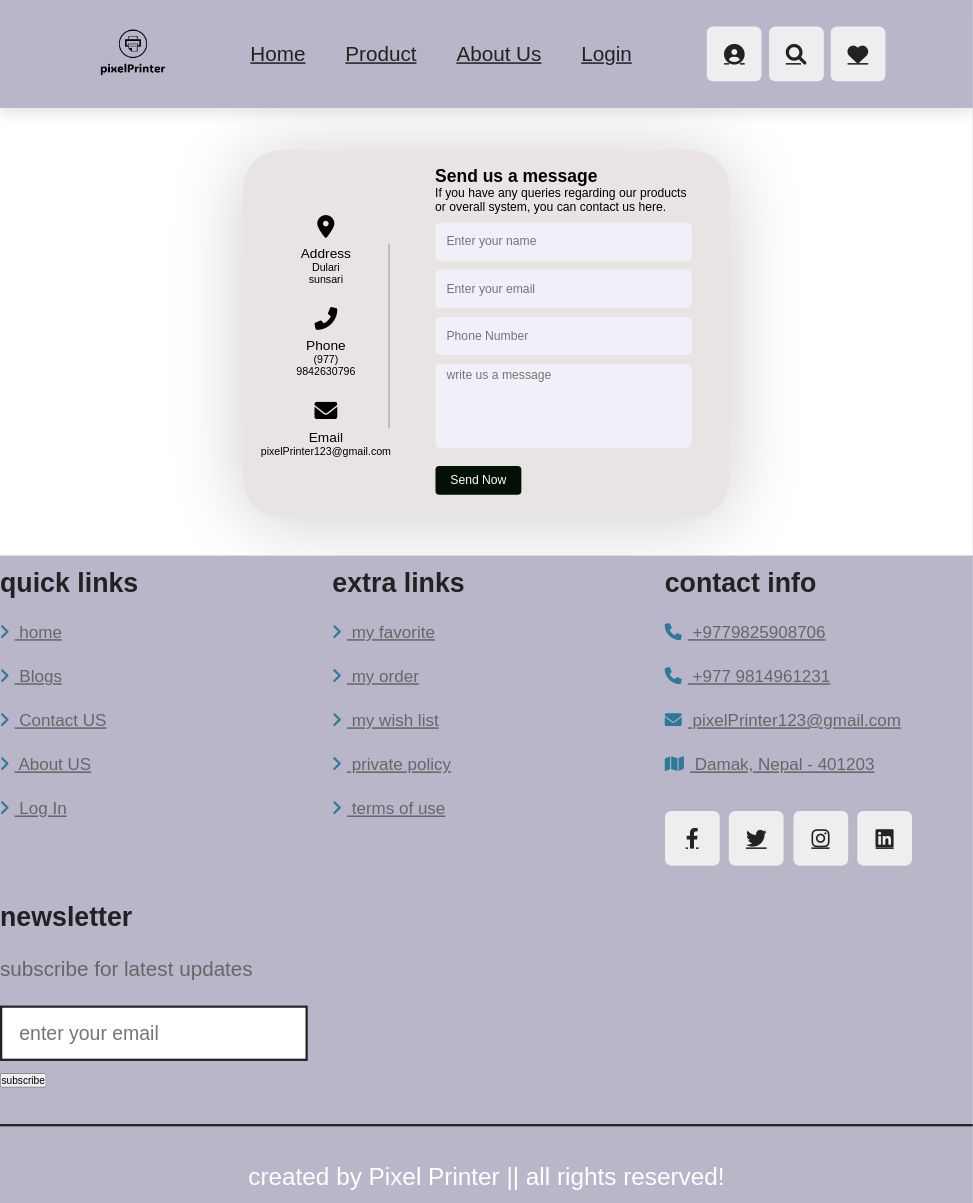
Repository: kritikakittu06/Ecommerce
Page: http://localhost/PixlePrinter/pages/Contact.jsp
The author's editor kept a copy of each file at every save. The page is drawn from the files as they stood at one save, then again after the next save.
The browser window is 1280 px wide. The pictures show the whole page, at 76% of full size.
The page is served by Tomcat 9.

Above is the page before, as saved 2024-04-15 10:01:51.

After the next save:
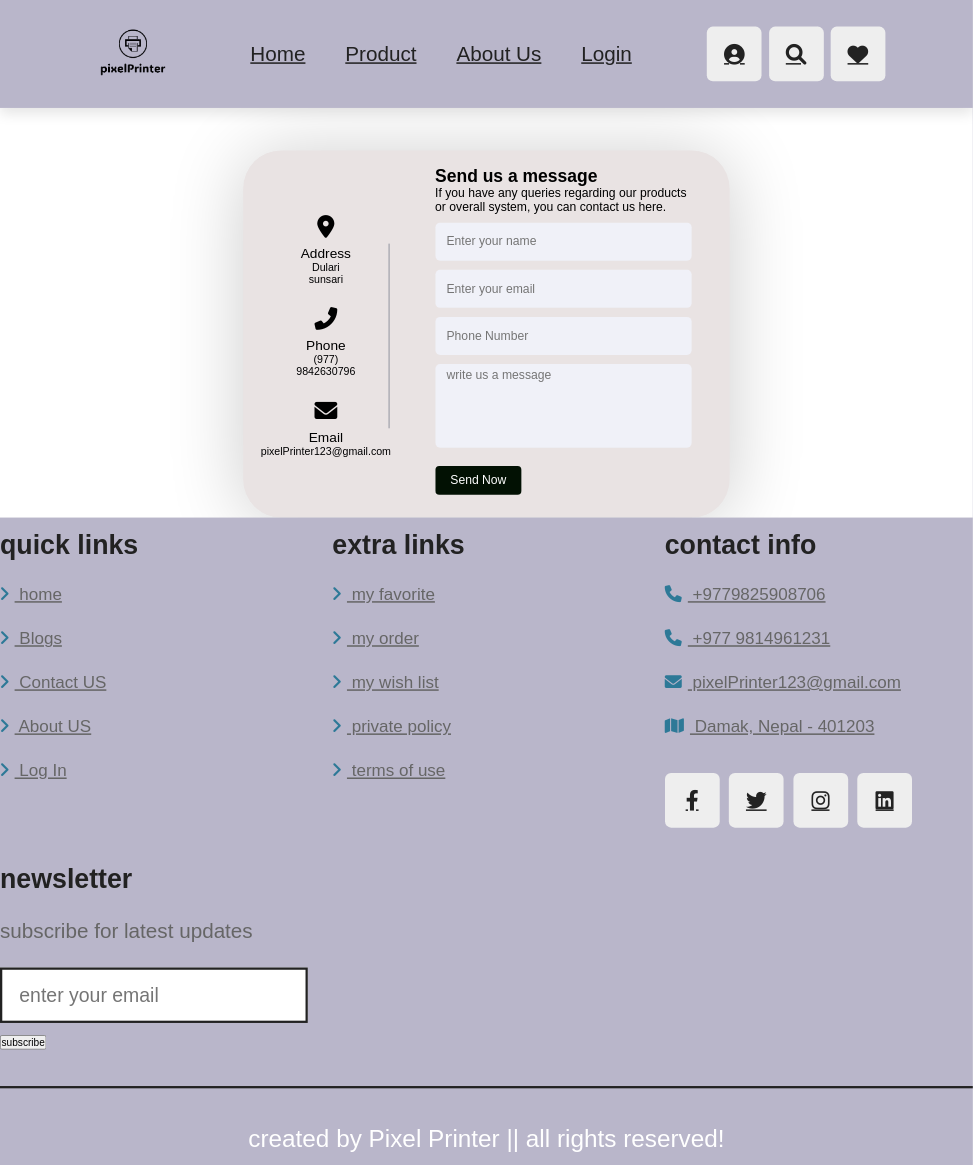
Saved 22 s later.
--- a/PixlePrinter/src/main/webapp/css/Contact.css
+++ b/PixlePrinter/src/main/webapp/css/Contact.css
@@ -207,7 +207,7 @@
 
 .footer{
     background:#b9b6ca;
-    margin-top: 50px;
+    margin-top: 150x;
 }
 
 .footer .box-container{
